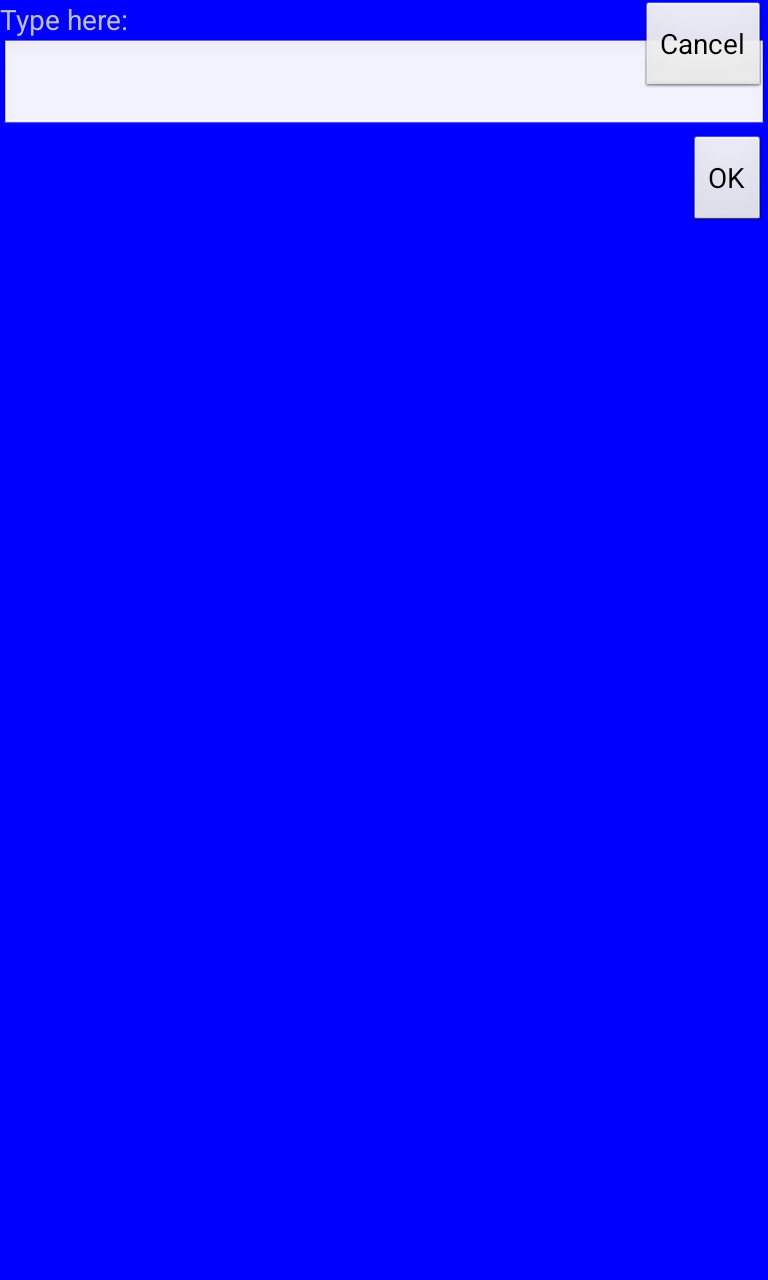
Repository: fangbao/Google_Android
Layout: Android_space/11.RelativeLayout/res/layout/main.xml
These files come from the project's save history. The layout is drawn as it stood at one moment and after the next save; the edit follows.
It is drawn on a 768 x 1280 px phone screen (xhdpi) without system bars, with theme android:Theme; the app's code is not run.

Above is the layout before, as saved 2011-12-25 03:33:02.

After the next save:
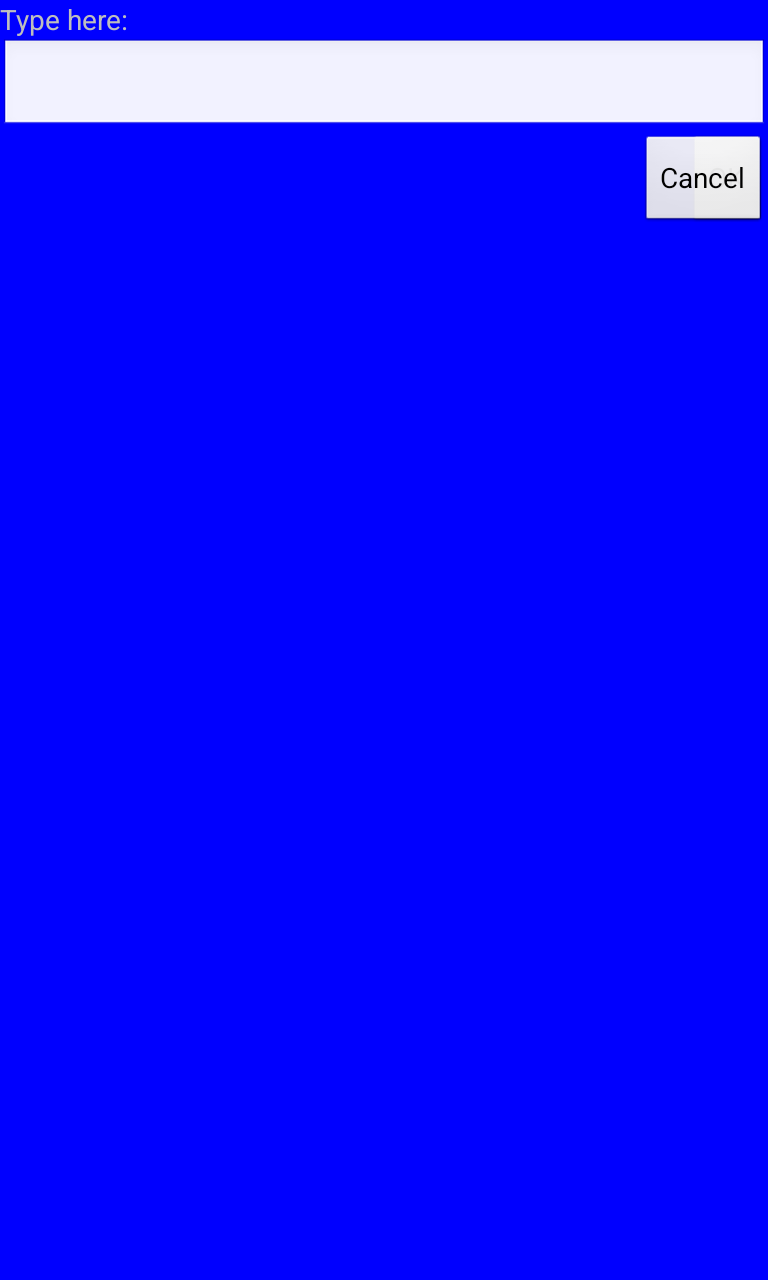
Saved 62 s later.
--- a/Android_space/11.RelativeLayout/res/layout/main.xml
+++ b/Android_space/11.RelativeLayout/res/layout/main.xml
@@ -30,6 +30,7 @@
         android:layout_height="wrap_content"
         android:layout_alignParentRight="true"
         android:layout_toLeftOf="@id/btn01"
+        android:layout_below="@id/txt01"
         android:text="Cancel" />
 
 </RelativeLayout>
